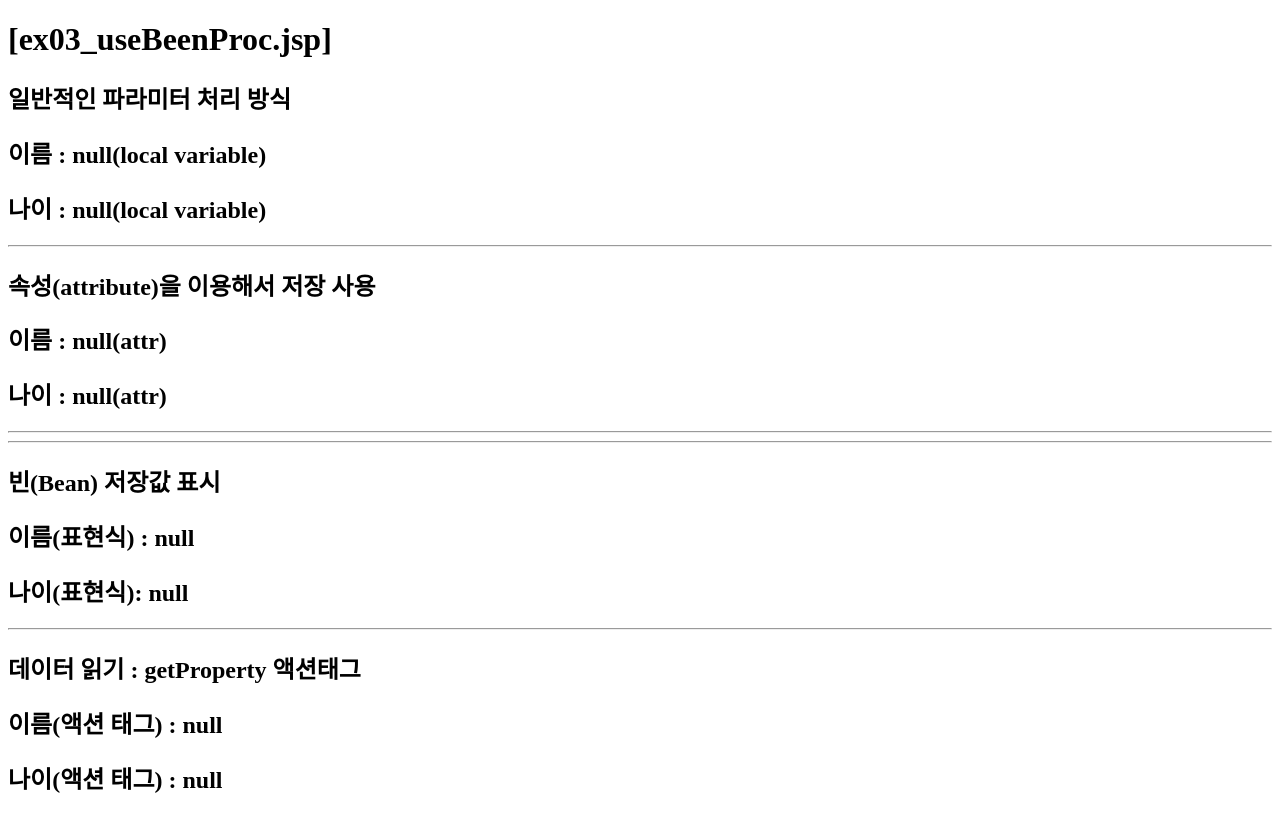
Repository: SeYoung1012/Bitcamp
Page: http://localhost/06_actiontag/ex03_useBeenProc.jsp
The author's editor kept a copy of each file at every save. The page is drawn from the files as they stood at one save, then again after the next save.
The browser window is 1280 px wide. The pictures show the whole page.
The page is served by Tomcat 9. Other server files are loaded and not shown.

Above is the page before, as saved 2021-09-29 05:28:29.

### 60_web/06_actiontag/WebContent/ex03_useBeenProc.jsp
<%@page import="com.mystudy.PersonVO"%>
<%@ page language="java" contentType="text/html; charset=UTF-8"
    pageEncoding="UTF-8"%>
<!DOCTYPE html>
<html>
<head>
<meta charset="UTF-8">
<title> 파라미터값 표시</title>
</head>
<body>
	<h1> [ex03_useBeenProc.jsp]</h1>

<%
	//한글처리를 위한 설정
	request.setCharacterEncoding("UTF-8");

	//파라미터 값 추출
	String name = request.getParameter("name");
	String age = request.getParameter("age");
%>

	<h2> 일반적인 파라미터 처리 방식</h2>
	<h2> 이름 : <%=name %>(local variable)</h2>
	<h2> 나이 : <%=age %>(local variable)</h2>
	<hr>
<%
	request.setAttribute("req_name", name + "(attr)");
	request.setAttribute("req_age", age + "(attr)");

%>
	<h2> 속성(attribute)을 이용해서 저장 사용</h2>
	<h2> 이름 : <%=request.getAttribute("req_name") %></h2>
	<h2> 나이 : <%=request.getAttribute("req_age") %></h2>
	<hr><hr>

	<%-- ===useBeen 액션 태그 ==== --%>

	<%-- 자바빈(Bean)을 이용해서 파라미터 값 저장 사용 --%>
<%--
	//아래의 useBeen 액션태그 동작방식
	PersonVO person = (PersonVO)request.getAttribute("person");
	if(person == null) {
		person = new PersonVO();
		request.setAttribute("person", person);

	}

--%>

	<jsp:useBean id="person" class="com.mystudy.PersonVO" scope ="request"/>
	<jsp:setProperty property="*" name="person"/>

	<%-- -<jsp:setProperty property="name" name="person"/>
	<jsp:setProperty property="age" name="person"/>--%>

<%
	System.out.println("person : " + person);
	System.out.println("request person : " + request.getAttribute("person"));

%>

	<h2> 빈(Bean) 저장값 표시</h2>
	<h2> 이름(표현식) : <%=person.getName() %></h2>
	<h2> 나이(표현식): <%=person.getAge() %></h2>
	<hr>

	<h2> 데이터 읽기 : getProperty 액션태그 </h2>
	<h2> 이름(액션 태그) : <jsp:getProperty property="name" name="person"/></h2>
	<h2> 나이(액션 태그) : <jsp:getProperty property="age" name="person"/></h2>




</body>
</html>

### 60_web/06_actiontag/src/com/mystudy/PersonVO.java
package com.mystudy;

public class PersonVO {

	private String name;
	private String age;


	public String getName() {
		return name;
	}
	public void setName(String name) {
		this.name = name;
	}
	public String getAge() {
		return age;
	}
	public void setAge(String age) {
		this.age = age;
	}

	@Override
	public String toString() {
		return "PersonVO [name=" + name + ", age=" + age + "]";
	}


}

After the next save:
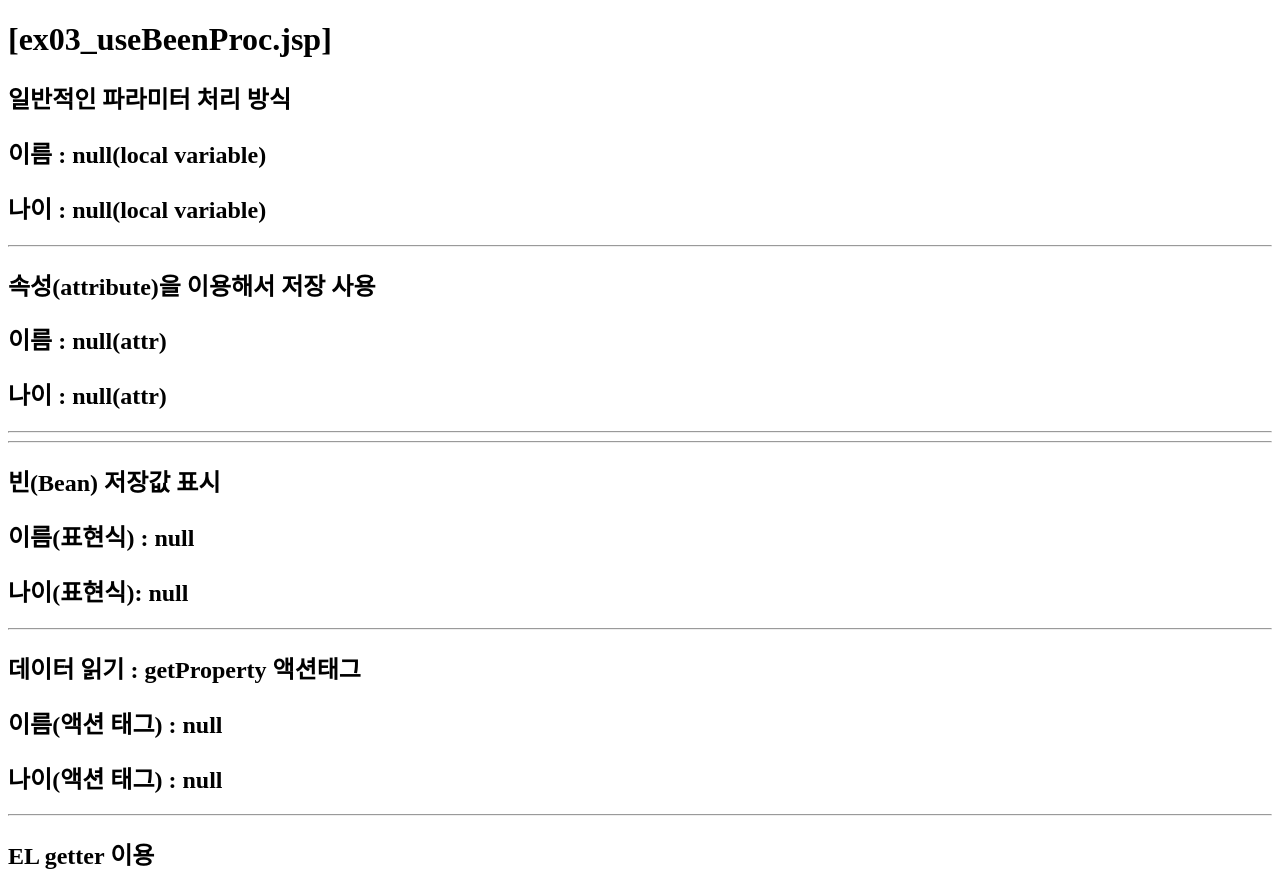
Saved 54 s later.
--- a/60_web/06_actiontag/WebContent/ex03_useBeenProc.jsp
+++ b/60_web/06_actiontag/WebContent/ex03_useBeenProc.jsp
@@ -67,7 +67,9 @@
 	<h2> 데이터 읽기 : getProperty 액션태그 </h2>
 	<h2> 이름(액션 태그) : <jsp:getProperty property="name" name="person"/></h2>
 	<h2> 나이(액션 태그) : <jsp:getProperty property="age" name="person"/></h2>
+	<hr>
 
+	<h2> EL getter 이용</h2>
 
 
 
